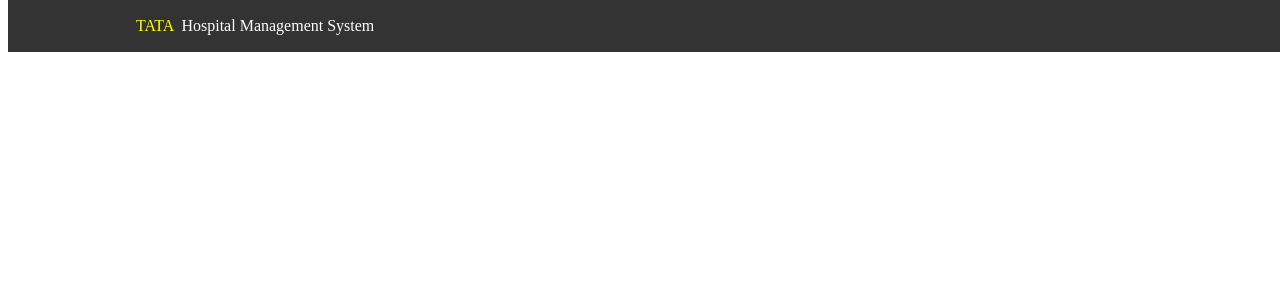
Repository: gopikavinod/RBM
Page: http://localhost/Hospital_Management_System/test.jsp
The author's editor kept a copy of each file at every save. The page is drawn from the files as they stood at one save, then again after the next save.
The browser window is 1280 px wide. The pictures show the whole page.
The page is served by Tomcat 9.

Above is the page before, as saved 2020-06-27 05:49:18.

After the next save:
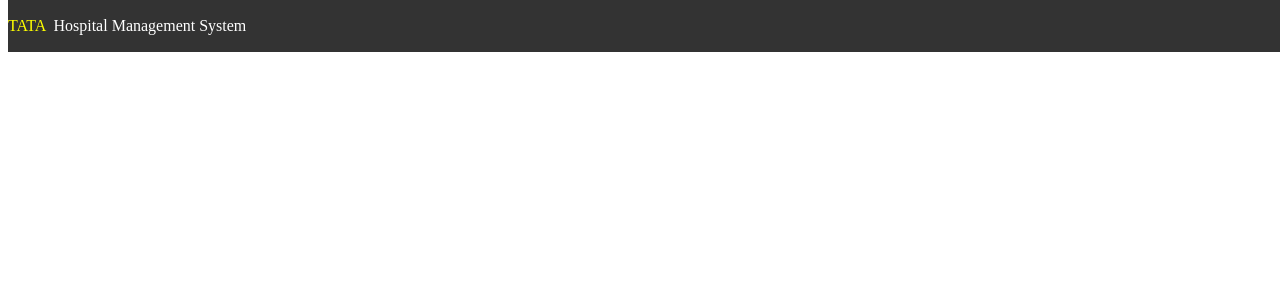
Saved 26 s later.
--- a/eclipse-workspace/Hospital Management System/WebContent/test.jsp
+++ b/eclipse-workspace/Hospital Management System/WebContent/test.jsp
@@ -132,12 +132,10 @@
 <body>
 
 <div class="fixed-header">
-        <div class="container">
-            <nav>
+                 <nav>
           <p class="detail">TATA <span class="name">&nbsp;Hospital Management System</span></p>
 
               </div>
-    </div>
 
 </body>
 
